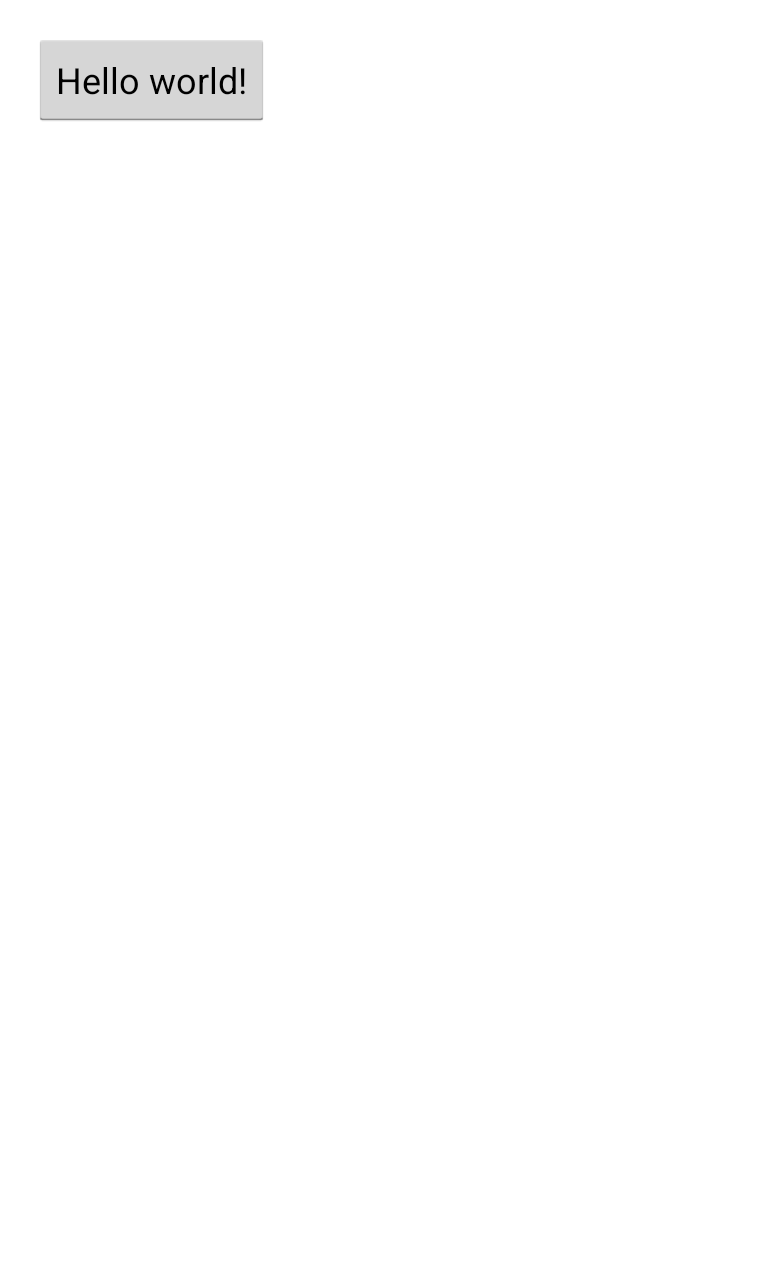
Repository: nickof/study
Layout: Android/itheima/day12服务/代码/Day12_08_调用远程服务/res/layout/activity_main.xml
The author's editor kept a copy of each file at every save. The layout is drawn from the files as they stood at one save, then again after the next save.
It is drawn on a 768 x 1280 px phone screen (xhdpi) without system bars, with theme AppTheme; the app's code is not run.

Above is the layout before, as saved 2016-09-20 08:08:46.

### Android/itheima/day12服务/代码/Day12_08_调用远程服务/res/layout/activity_main.xml
<RelativeLayout xmlns:android="http://schemas.android.com/apk/res/android"
    xmlns:tools="http://schemas.android.com/tools"
    android:layout_width="match_parent"
    android:layout_height="match_parent"
    android:paddingBottom="@dimen/activity_vertical_margin"
    android:paddingLeft="@dimen/activity_horizontal_margin"
    android:paddingRight="@dimen/activity_horizontal_margin"
    android:paddingTop="@dimen/activity_vertical_margin"
    tools:context=".MainActivity" >

    <Button
        android:layout_width="wrap_content"
        android:layout_height="wrap_content"
        android:onClick="callremote"
        android:text="@string/hello_world" />

</RelativeLayout>

### Android/itheima/day12服务/代码/Day12_08_调用远程服务/res/values/strings.xml
<?xml version="1.0" encoding="utf-8"?>
<resources>

    <string name="app_name">Day12_08_调用远程服务</string>
    <string name="action_settings">Settings</string>
    <string name="hello_world">Hello world!</string>

</resources>

Loaded but not shown: Android/itheima/day12服务/代码/Day12_08_调用远程服务/res/values/styles.xml (common file); Android/itheima/day12服务/代码/Day12_08_调用远程服务/res/values-v11/styles.xml (common file); Android/itheima/day12服务/代码/Day12_08_调用远程服务/res/values-v14/styles.xml (common file); Android/itheima/day12服务/代码/Day12_08_调用远程服务/res/values/dimens.xml (common file)

After the next save:
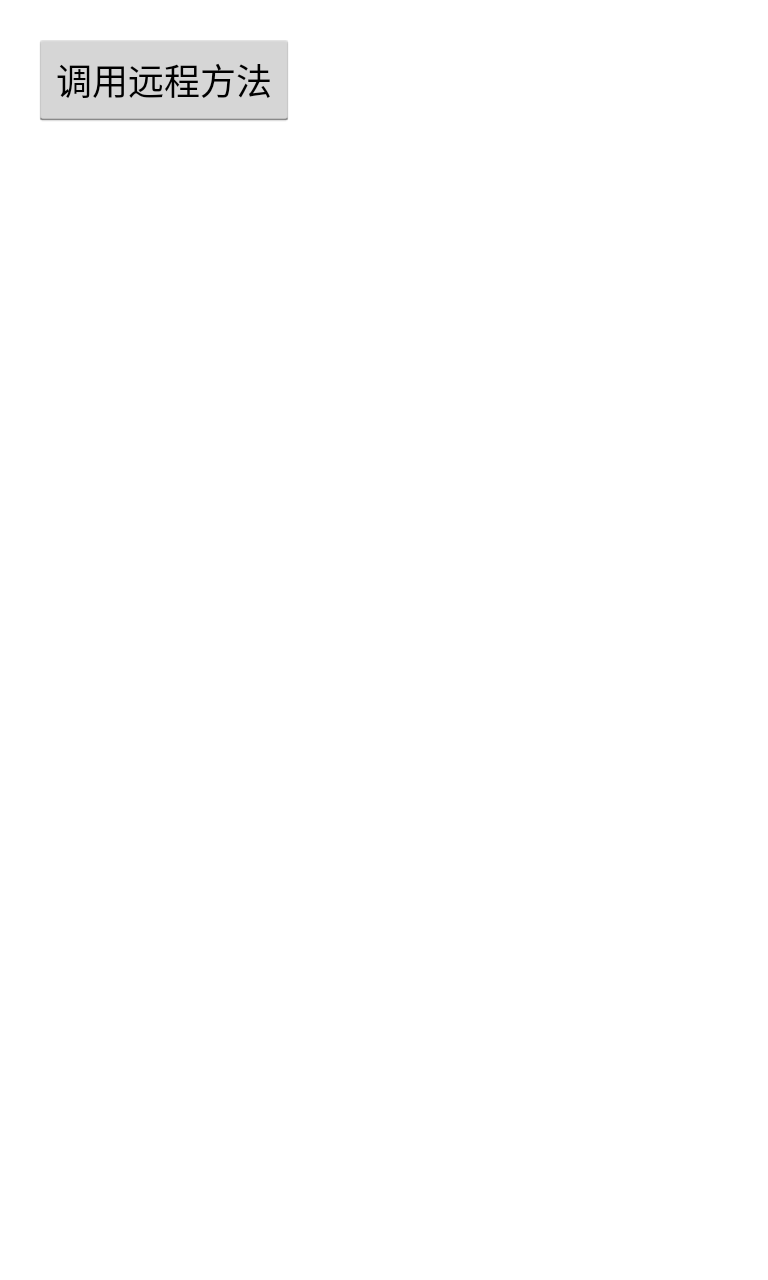
Saved 6 s later.
--- a/Android/itheima/day12服务/代码/Day12_08_调用远程服务/res/layout/activity_main.xml
+++ b/Android/itheima/day12服务/代码/Day12_08_调用远程服务/res/layout/activity_main.xml
@@ -12,6 +12,6 @@
         android:layout_width="wrap_content"
         android:layout_height="wrap_content"
         android:onClick="callremote"
-        android:text="@string/hello_world" />
+        android:text="调用远程方法" />
 
 </RelativeLayout>
